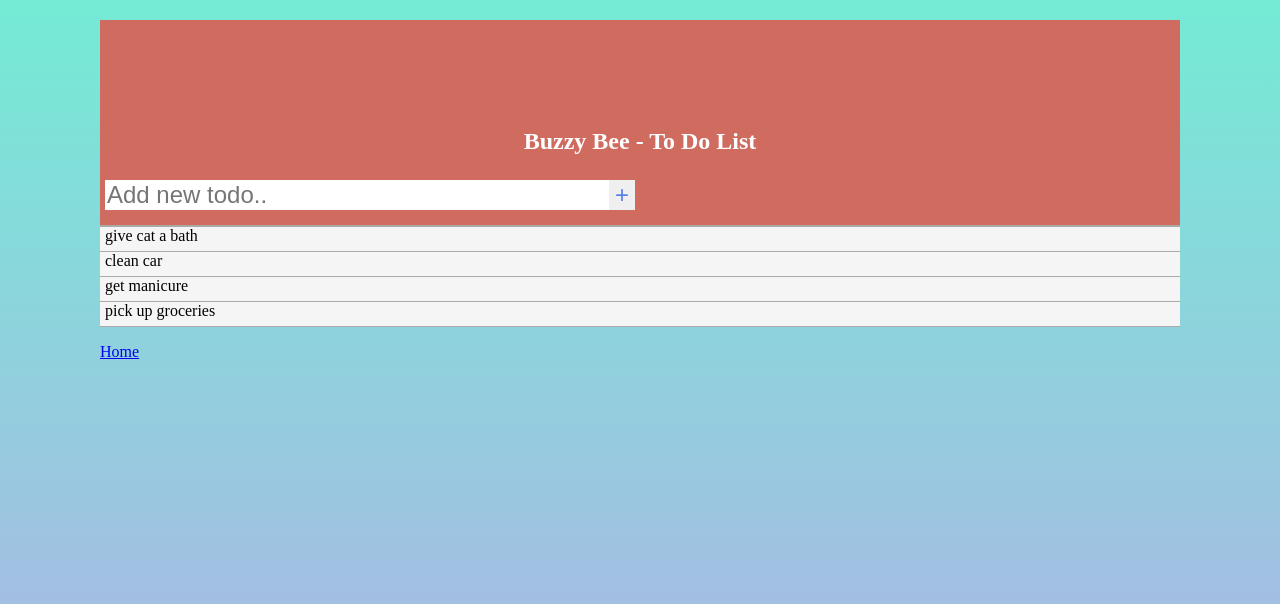
Repository: seleniadelgado/backend-spring2020-angie
Page: projects/todo/public_html/index.html
The author's editor kept a copy of each file at every save. The page is drawn from the files as they stood at one save, then again after the next save.
The browser window is 1280 px wide. The pictures show the whole page.
The page's requests for data from a server got no answer.

Above is the page before, as saved 2020-05-12 20:41:50.

After the next save:
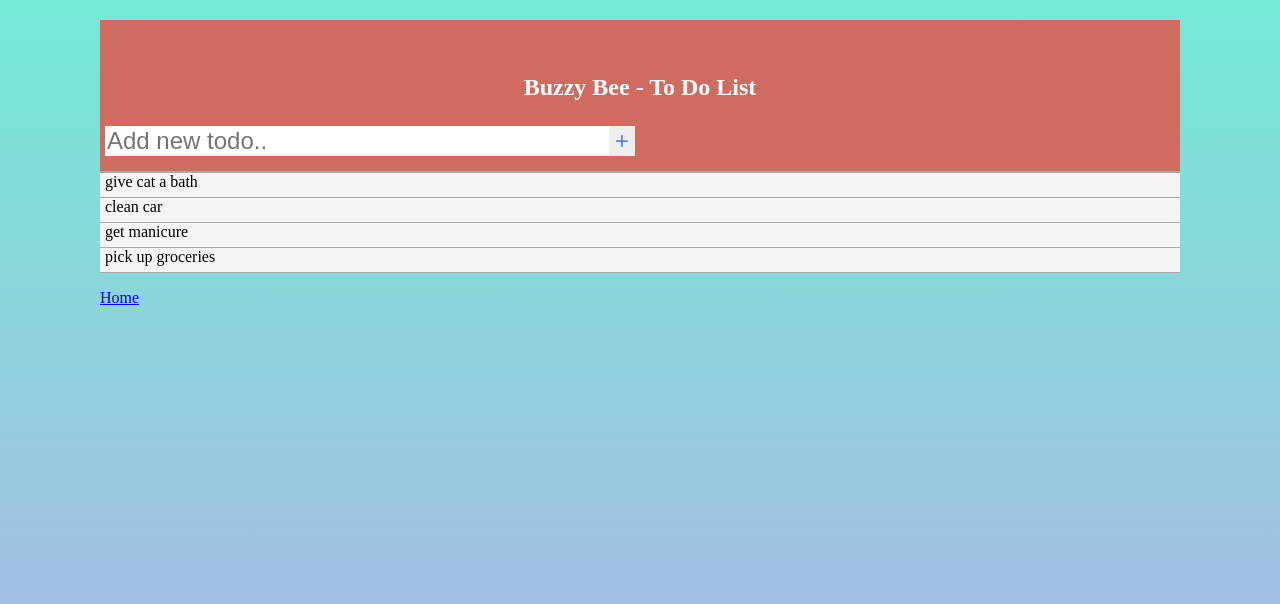
Saved 6 s later.
--- a/projects/todo/public_html/styles.css
+++ b/projects/todo/public_html/styles.css
@@ -18,7 +18,7 @@ body {
 
 .appTitle h2 {
     color: white;
-    padding-top: 10%;
+    padding-top: 5%;
 }
 #addNote {
     display: flex;
